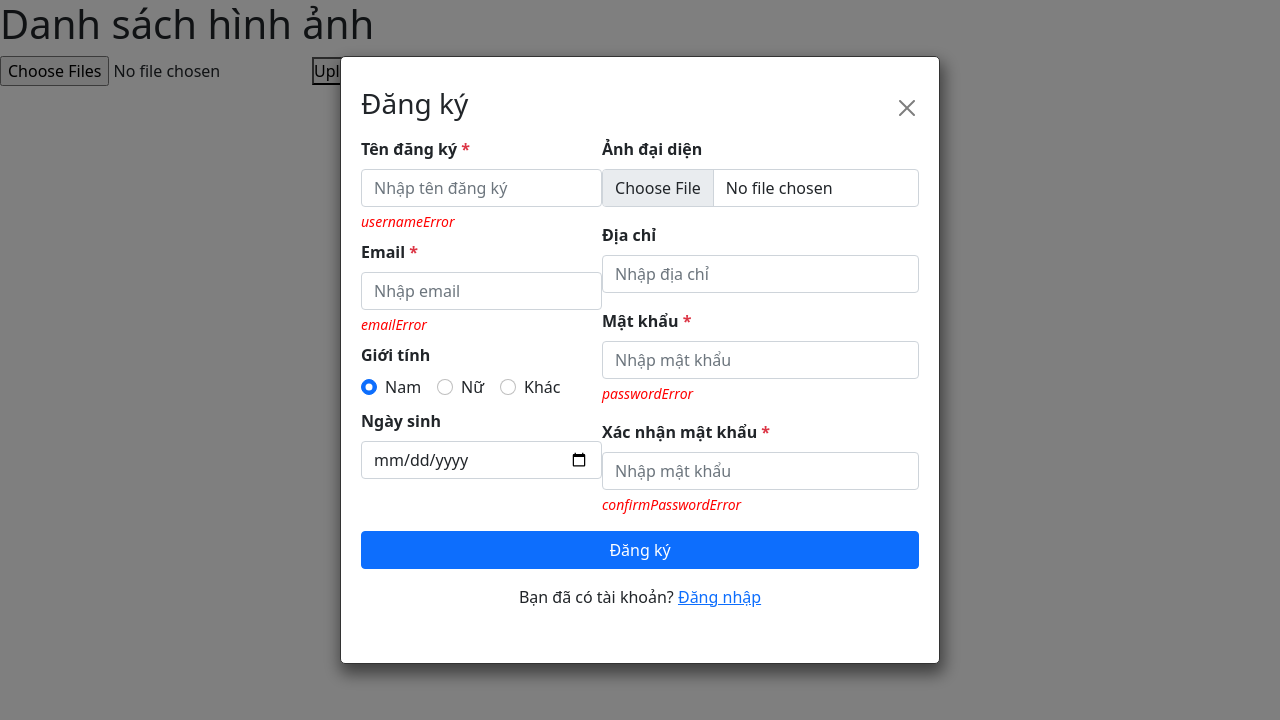
Repository: TinhTT336/MD02_Session14
Page: / (app in client/)
An editor plug-in stored every save of this project. The page is shown before and after the next save, followed by the edit.
The browser window is 1280 px wide. The pictures show the whole page.
The page's requests for data from a server got no answer. The project was rebuilt for these pictures with package versions that can differ from the ones it lists, and the page was loaded fresh each time. No one was signed in, and anything a server would have sent is missing. Also part of the build but not shown: client/vite.config.js, client/src/index.css.

Above is the page before, as saved 2023-09-14 10:29:40.

After the next save:
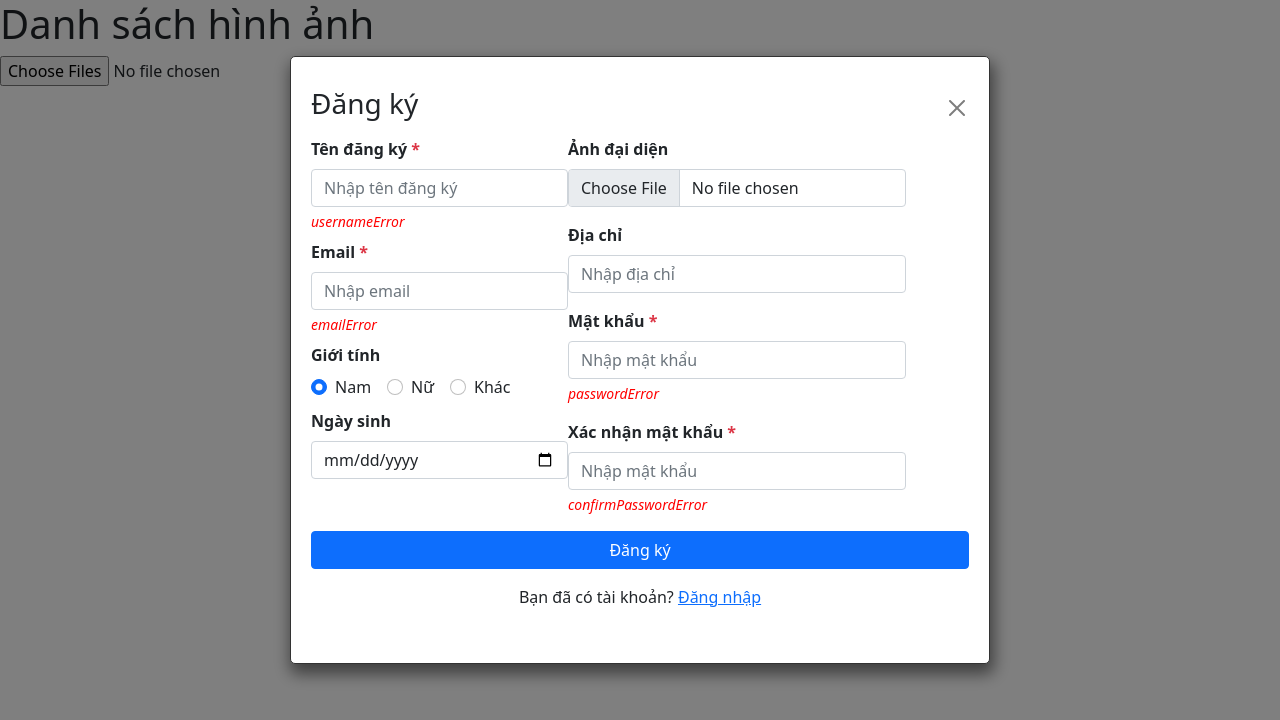
Saved 9 s later.
--- a/client/src/components/register/register.css
+++ b/client/src/components/register/register.css
@@ -12,7 +12,7 @@
 .form-login {
   padding: 30px 20px;
   border: 1px solid #333;
-  width: 600px;
+  width: 700px;
   background-color: #fff;
   border-radius: 5px;
   box-shadow: 2px 8px 16px 2px rgba(0, 0, 0, 0.5);
